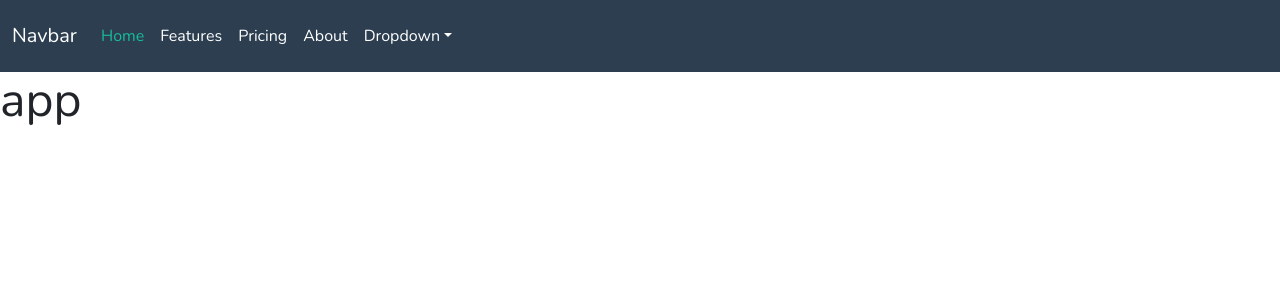
Repository: WaiMaungMaung/Mgr-site
Page: http://localhost/
These files come from the project's save history. The page is drawn as it stood at one moment and after the next save; the edit follows.
The browser window is 1280 px wide. The pictures show the whole page.
The page is served by the project's Laravel application, run on PHP 8.4 with Laravel 9.

Above is the page before, as saved 2022-04-05 16:25:28.

After the next save:
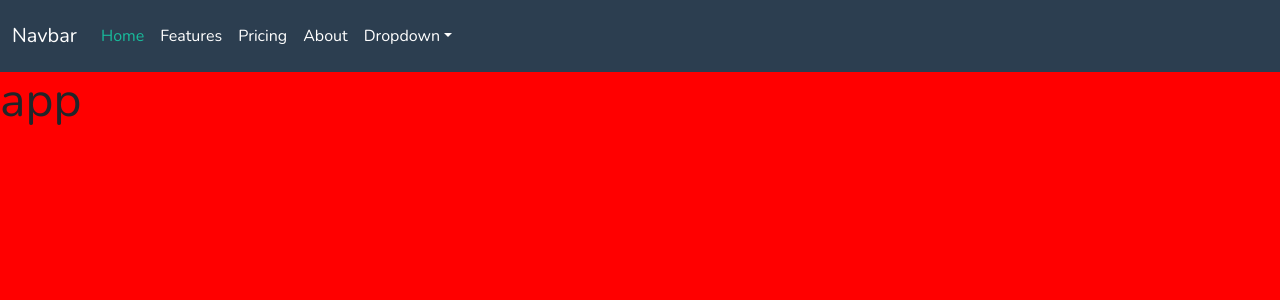
Saved 40 s later.
--- a/resources/views/layouts/app.blade.php
+++ b/resources/views/layouts/app.blade.php
@@ -10,7 +10,7 @@
     <!-- Fonts -->
     <link href="https://fonts.googleapis.com/css2?family=Nunito:wght@400;600;700&display=swap" rel="stylesheet">
     <link rel="stylesheet" href="https://bootswatch.com/5/flatly/bootstrap.min.css">
-    <link rel="stylesheet" href="css/custom.css">
+    <link rel="stylesheet" href="resources/css/custom.css">
     <!-- Styles -->
     <style>
         /*! normalize.css v8.0.1 | MIT License | github.com/necolas/normalize.css */

After the 3 saves that followed:
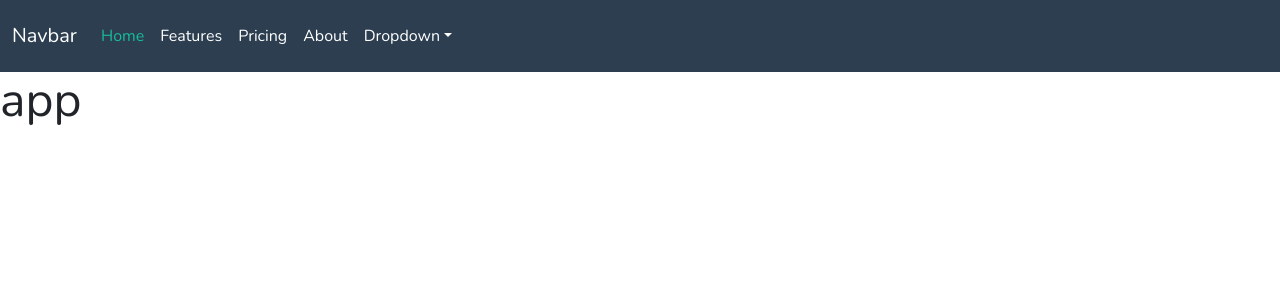
The 3 saves are shown as one change because 2 left the picture as it was.
The last was saved 47 s later.
--- a/resources/views/layouts/app.blade.php
+++ b/resources/views/layouts/app.blade.php
@@ -10,7 +10,7 @@
     <!-- Fonts -->
     <link href="https://fonts.googleapis.com/css2?family=Nunito:wght@400;600;700&display=swap" rel="stylesheet">
     <link rel="stylesheet" href="https://bootswatch.com/5/flatly/bootstrap.min.css">
-    <link rel="stylesheet" href="resources/css/custom.css">
+    <link rel="stylesheet" href="./css/custom.css">
     <!-- Styles -->
     <style>
         /*! normalize.css v8.0.1 | MIT License | github.com/necolas/normalize.css */
